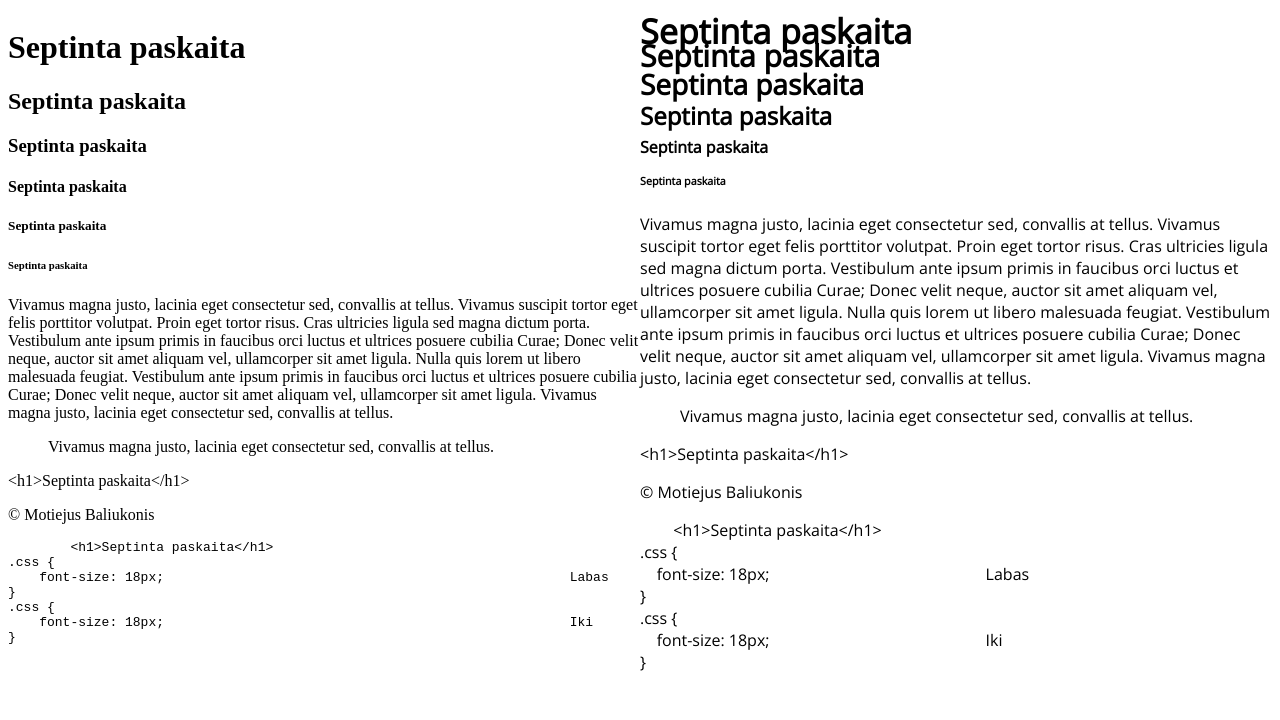
Repository: motiejus1/07-paskaita-05.31
Page: index.html
The author's editor kept a copy of each file at every save. The page is drawn from the files as they stood at one save, then again after the next save.
The browser window is 1280 px wide. The pictures show the whole page.

Above is the page before, as saved 2021-06-10 19:53:35.

### index.html
<!DOCTYPE html>
<html lang="en">
<head>
    <meta charset="UTF-8">
    <meta http-equiv="X-UA-Compatible" content="IE=edge">
    <meta name="viewport" content="width=device-width, initial-scale=1.0">
    <title>Septinta paskaita</title>

    <link rel="preconnect" href="https://fonts.gstatic.com">
    <link href="https://fonts.googleapis.com/css2?family=Open+Sans&display=swap" rel="stylesheet">

    <style>
        .container {
            width: 100%;
        }

        .left, .right {
            float:left;
            width: 50%;
        }

        .right {
            font-family: 'Open Sans', sans-serif;
        }

        .right pre {
            font-family: 'Open Sans', sans-serif;
        }


        .right h1 {
            /* font-family: 'Open Sans', sans-serif; */
            font-size: 34px;
            line-height: 0px;
        }

        .right h2 {
            font-size: 30px;
            line-height: 0px;
        }

        .right h3 {
            font-size: 28px;
            line-height: 0px;
        }

        .right h4 {
            font-size: 24px;
            line-height: 0px;
        }

        .right h5 {
            font-size: 20px;
            line-height: 0px;
        }

        .right h5 {
            font-size: 16px;
            line-height: 0px;
        }

    </style>
</head>
<body>
    <div class="container">
        <div class="left">
            <h1>Septinta paskaita</h1>
            <h2>Septinta paskaita</h2>
            <h3>Septinta paskaita</h3>
            <h4>Septinta paskaita</h4>
            <h5>Septinta paskaita</h5>
            <h6>Septinta paskaita</h6>

            <p>Vivamus magna justo, lacinia eget consectetur sed, convallis at tellus. Vivamus suscipit tortor eget felis porttitor volutpat. Proin eget tortor risus. Cras ultricies ligula sed magna dictum porta. Vestibulum ante ipsum primis in faucibus orci luctus et ultrices posuere cubilia Curae; Donec velit neque, auctor sit amet aliquam vel, ullamcorper sit amet ligula. Nulla quis lorem ut libero malesuada feugiat. Vestibulum ante ipsum primis in faucibus orci luctus et ultrices posuere cubilia Curae; Donec velit neque, auctor sit amet aliquam vel, ullamcorper sit amet ligula. Vivamus magna justo, lacinia eget consectetur sed, convallis at tellus.</p>

            <blockquote>Vivamus magna justo, lacinia eget consectetur sed, convallis at tellus.</blockquote>

            <p> &lt;h1&gt;Septinta paskaita&lt;/h1&gt;  </p>
            <p>&copy; Motiejus Baliukonis</p>

            <pre>
        &lt;h1&gt;Septinta paskaita&lt;/h1&gt;
.css {
    font-size: 18px;                                                    Labas
}
.css {
    font-size: 18px;                                                    Iki
}
            </pre>
        </div>
        <div class="right">
            <h1>Septinta paskaita</h1>
            <h2>Septinta paskaita</h2>
            <h3>Septinta paskaita</h3>
            <h4>Septinta paskaita</h4>
            <h5>Septinta paskaita</h5>
            <h6>Septinta paskaita</h6>

            <p>Vivamus magna justo, lacinia eget consectetur sed, convallis at tellus. Vivamus suscipit tortor eget felis porttitor volutpat. Proin eget tortor risus. Cras ultricies ligula sed magna dictum porta. Vestibulum ante ipsum primis in faucibus orci luctus et ultrices posuere cubilia Curae; Donec velit neque, auctor sit amet aliquam vel, ullamcorper sit amet ligula. Nulla quis lorem ut libero malesuada feugiat. Vestibulum ante ipsum primis in faucibus orci luctus et ultrices posuere cubilia Curae; Donec velit neque, auctor sit amet aliquam vel, ullamcorper sit amet ligula. Vivamus magna justo, lacinia eget consectetur sed, convallis at tellus.</p>

            <blockquote>Vivamus magna justo, lacinia eget consectetur sed, convallis at tellus.</blockquote>

            <p> &lt;h1&gt;Septinta paskaita&lt;/h1&gt;  </p>
            <p>&copy; Motiejus Baliukonis</p>

            <pre>
        &lt;h1&gt;Septinta paskaita&lt;/h1&gt;
.css {
    font-size: 18px;                                                    Labas
}
.css {
    font-size: 18px;                                                    Iki
}
            </pre>
        </div>
    </div>
</body>
</html>

After the next save:
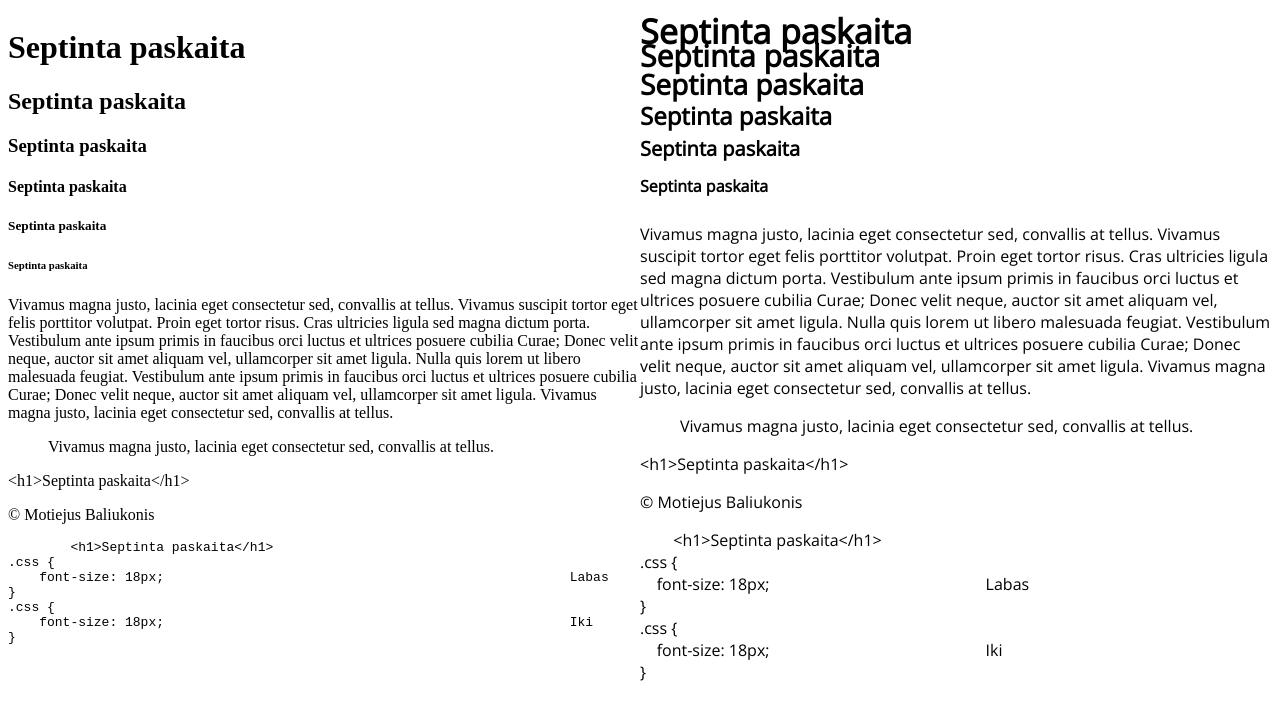
Saved 5 s later.
--- a/index.html
+++ b/index.html
@@ -54,7 +54,7 @@
             line-height: 0px;
         }
 
-        .right h5 {
+        .right h6 {
             font-size: 16px;
             line-height: 0px;
         }
